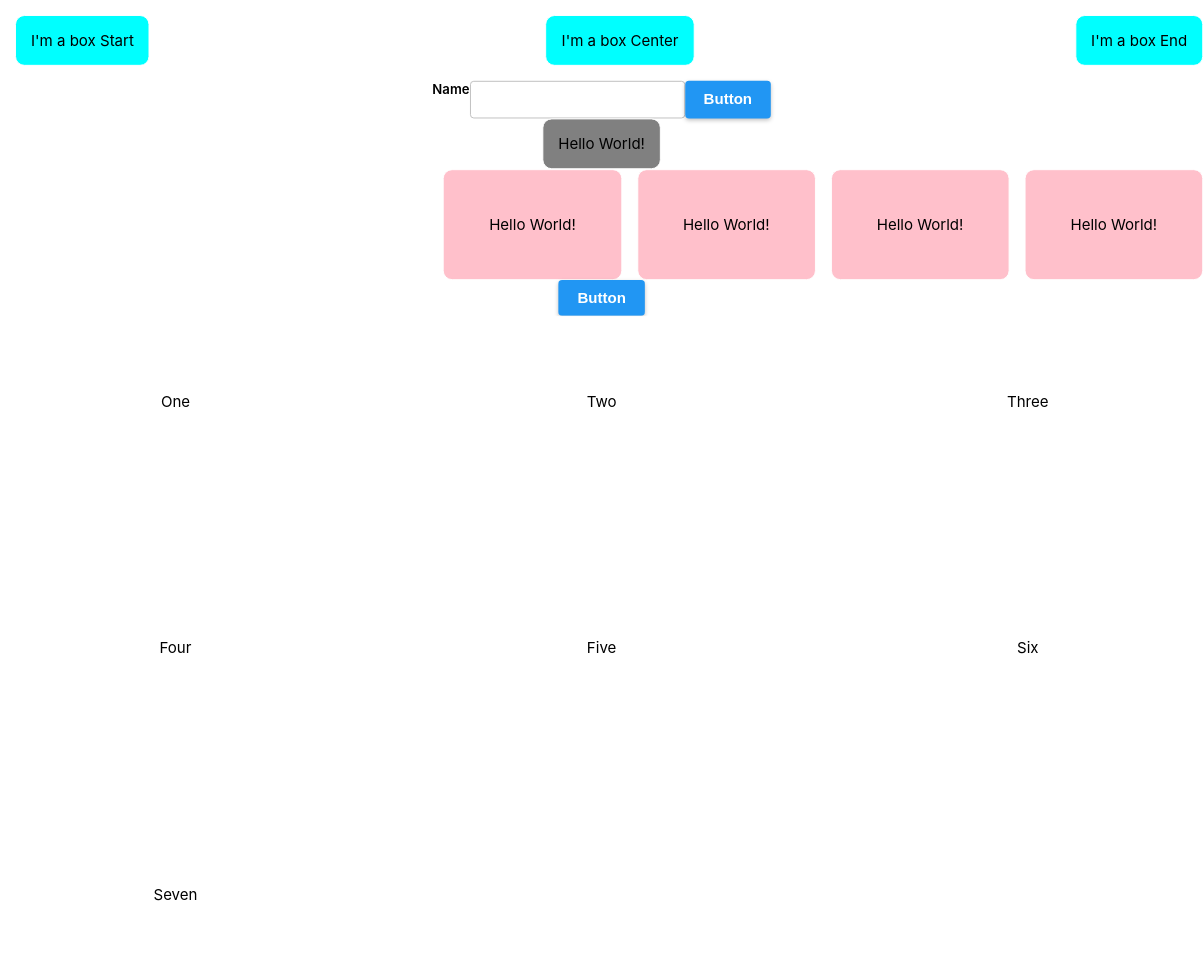
Repository: roistyx/react
Page: /layouts (app in layouts-app/)
These files come from the project's save history. The page is drawn as it stood at one moment and after the next save; the edit follows.
The browser window is 1280 px wide. The pictures show the whole page, at 94% of full size.
The project was rebuilt for these pictures with package versions that can differ from the ones it lists, and the page was loaded fresh each time. Also part of the build but not shown: layouts-app/src/components/Cards/BasicCard.js, layouts-app/src/components/Components.js.

Above is the page before, as saved 2023-05-02 15:44:15.

### layouts-app/src/index.js
import React from 'react';
import ReactDOM from 'react-dom/client';
import { BrowserRouter } from 'react-router-dom';

import './index.css';
import App from './App';
import reportWebVitals from './reportWebVitals';

const root = ReactDOM.createRoot(document.getElementById('root'));
root.render(
	<BrowserRouter>
		<App />
	</BrowserRouter>
);

// If you want to start measuring performance in your app, pass a function
// to log results (for example: reportWebVitals(console.log))
// or send to an analytics endpoint. Learn more: https://bit.ly/CRA-vitals
reportWebVitals();

### layouts-app/src/App.js
import React, { Component } from 'react';
import { Route, Routes } from 'react-router-dom';

import { Between, SpaceEvenly, Center, FlexEnd } from './layouts/Line';
import { Btn } from './elements/Btn';
import { Rows } from './layouts/Line';
import SearchField from './elements/TextField';
import { AlignCenter } from './layouts/Line';
import { Box } from './layouts/Box';
import { Grid } from './layouts/Grid';
import Components from './components/Components';
import Layouts from './layouts/Layouts';

export default function App() {
	return (
		<div>
			<Routes>
				<Route path="layouts" element={<Layouts />} />
				<Route path="/components" element={<Components />} />
			</Routes>
		</div>
	);
}

### layouts-app/src/layouts/Line.js
import './Line.css';

export const Line = ({ children, addClass }) => {
	return <div className={`Line ${addClass || ''}`}>{children}</div>;
};

export const FlexEnd = (props) => {
	return <Line {...props} addClass="flex-end" />;
};

export const Between = (props) => {
	return <Line {...props} addClass="between" />;
};

export const Center = (props) => {
	return <Line {...props} addClass="center" />;
};

export const SpaceEvenly = (props) => {
	return <Line {...props} addClass="evenly" />;
};

export const Rows = (props) => {
	return <Line {...props} addClass="rows" />;
};

export const AlignStart = ({ children }) => {
	return <div className="AlignStart">{children}</div>;
};

export const AlignCenter = ({ children }) => {
	return <div className="AlignCenter">{children}</div>;
};

### layouts-app/src/elements/Btn.js
import { Button } from '@mui/material';
import './Btn.css';
export const Btn = ({ children }) => {
	return (
		<button className="Btn">
			<span>{children}</span>{' '}
		</button>
		// <Button variant="contained" color="primary">
		// 	{' '}
		// 	<span>{children}</span>{' '}
		// </Button>
	);
};

### layouts-app/src/elements/TextField.js
import '../elements/TextField.css';
import React from 'react';
import { Btn } from '../elements/Btn.js';
import { TextField } from '@mui/material';

const SearchField = () => {
	return (
		<div>
			<form class="text-field">
				<label for="name">Name</label>
				<input type="text" id="name" name="name" />
				<Btn>Button</Btn>
			</form>
		</div>
	);
};

export default SearchField;

### layouts-app/src/layouts/Box.js
import './Box.css';

export const Box = ({ boxMargin, bgColor, borderRadius, gap, children }) => {
	const style = {
		...(boxMargin ? { '--boxMargin': boxMargin } : {}),
		...(bgColor ? { '--background': bgColor } : {}),
		...(borderRadius ? { '--border-radius': borderRadius } : {}),
		...(gap ? { '--gap': gap } : {}),
	};

	return (
		<div className="Box" style={style}>
			{children}
		</div>
	);
};

### layouts-app/src/layouts/Grid.js
import './Grid.css';

export const Grid = ({ bgColor, gap, children }) => {
	console.log(bgColor, gap, 'bgColor, gap');
	const style = {
		...(bgColor ? { '--background-color': bgColor } : {}),
		...(gap ? { '--gap': gap } : {}),
	};
	return (
		<div className="Grid" style={style}>
			{children}
		</div>
	);
};

### layouts-app/src/layouts/Layouts.js
import React from 'react';
import {
	Between,
	SpaceEvenly,
	Center,
	FlexEnd,
	Rows,
	AlignCenter,
} from './Line';
import { Btn } from '../elements/Btn';
import SearchField from '../elements/TextField';
import { Box } from './Box';
import { Grid } from './Grid';

export default function Layouts() {
	return (
		<div>
			<Between>
				<Box bgColor="	#00FFFF" borderRadius="10px" gap="1rem" boxMargin="1rem">
					<span>I'm a box Start</span>
				</Box>
				<Box bgColor="	#00FFFF" borderRadius="10px" gap="1rem">
					<span>I'm a box Center</span>
				</Box>
				<Box bgColor="	#00FFFF" borderRadius="10px" gap="1rem">
					<span>I'm a box End</span>
				</Box>
			</Between>
			<Rows>
				<AlignCenter>
					<SearchField />
				</AlignCenter>
			</Rows>
			<Center>
				<Box bgColor="grey" borderRadius="10px" gap="1rem">
					<span>Hello World!</span>
				</Box>
			</Center>
			<FlexEnd>
				<Box bgColor="pink" borderRadius="10px" gap="3rem">
					<span>Hello World!</span>
				</Box>
				<Box bgColor="pink" borderRadius="10px" gap="3rem">
					<span>Hello World!</span>
				</Box>
				<Box bgColor="pink" borderRadius="10px" gap="3rem">
					<span>Hello World!</span>
				</Box>
				<Box bgColor="pink" borderRadius="10px" gap="3rem">
					<span>Hello World!</span>
				</Box>
			</FlexEnd>
			<Center>
				<Btn>Button</Btn>
			</Center>
			<Grid bgColor="green" gap="5rem">
				<Box>One</Box>
				<Box>Two</Box>
				<Box>Three</Box>
				<Box>Four</Box>
				<Box>Five</Box>
				<Box>Six</Box>
				<Box>Seven</Box>
			</Grid>
		</div>
	);
}

### layouts-app/src/layouts/Line.css
.Line {
	display: flex;
	gap: var(--gap);
	height: 100%;
	align-items: center;
}

.Line.flex-end {
	justify-content: flex-end;
}

.Line.between {
	justify-content: space-between;
}

.Line.center {
	justify-content: center;
}

.Line.evenly {
	justify-content: space-evenly;
}

.Line.around {
	justify-content: space-around;
}

.Line.rows {
	flex-direction: column;
	align-items: stretch;
}

.AlignStart {
	align-self: flex-start;
}

.AlignCenter {
	align-self: center;
}

### layouts-app/src/elements/Btn.css
.Btn {
	display: inline-block;
	padding: 10px 20px;
	font-size: 16px;
	font-weight: 600;
	text-align: center;
	text-decoration: none;
	background-color: #2196f3;
	color: #fff;
	border-radius: 4px;
	border: none;
	cursor: pointer;
	box-shadow: 0px 2px 5px rgba(0, 0, 0, 0.25);
	transition: background-color 0.3s ease;
}
.Btn:hover {
	background-color: #0d6ec3;
}

### layouts-app/src/elements/TextField.css
.text-field {
	display: flex;
	flex-direction: row;
}

.text-field label {
	font-size: 14px;
	font-weight: 600;
	margin-bottom: 5px;
}

.text-field input {
	padding: 10px;
	font-size: 16px;
	border-radius: 4px;
	border: 1px solid #bdbdbd;
	transition: border-color 0.3s ease;
}
.text-field input:focus {
	outline: none;
	border-color: #2196f3;
}

### layouts-app/src/layouts/Box.css
:root {
	--background: #fff;
	--border: #fff;
	--gap: 1rem;
	--margin: 0 0 0 0;
	--border-radius: 0.25rem;
}

.Box {
	background-color: var(--background);
	border: 1px solid var(--border);
	padding: var(--gap);
	margin: var(--boxMargin);
	border-radius: var(--border-radius);
}

### layouts-app/src/layouts/Grid.css
.Grid {
	/* row-gap: var(--gap, 400px); */
	display: grid;
	height: 100%;
	grid-template-rows: 1fr 1fr 1fr;
	grid-template-columns: repeat(3, 1fr);
	/* grid-template-rows: 100px 100px 100px; */
	gap: var(--gap);
}

.Grid > * {
	color: black;
	background-color: pink;

	font-size: 16px;
	display: flex;
	align-items: center;
	justify-content: center;
}

/* .Grid > :nth-child(1) {
	background-color: var(--bgColor);
	color: black;
} */

/* .Grid > :nth-child(2) {
}

.Grid > :nth-child(3) {
	background-color: #e1e1e1;
} */

### layouts-app/src/components/Components.css
:root {
	--background: #fff;
	--border: #fff;
	--gap: 1rem;
	--margin: 0 0 0 0;
	--border-radius: 0.25rem;
}

.Box {
	background-color: var(--background);
	border: 1px solid var(--border);
	padding: var(--gap);
	margin: var(--boxMargin);
	border-radius: var(--border-radius);
}

### layouts-app/src/components/Cards/BasicCard.css
:root {
	--background: #fff;
	--border: #fff;
	--gap: 1rem;
	--margin: 0 0 0 0;
	--border-radius: 0.25rem;
}

.Box {
	background-color: var(--background);
	border: 1px solid var(--border);
	padding: var(--gap);
	margin: var(--boxMargin);
	border-radius: var(--border-radius);
}

Loaded but not shown: layouts-app/public/index.html (common file); layouts-app/src/index.css (common file); layouts-app/src/reportWebVitals.js (common file)

After the next save:
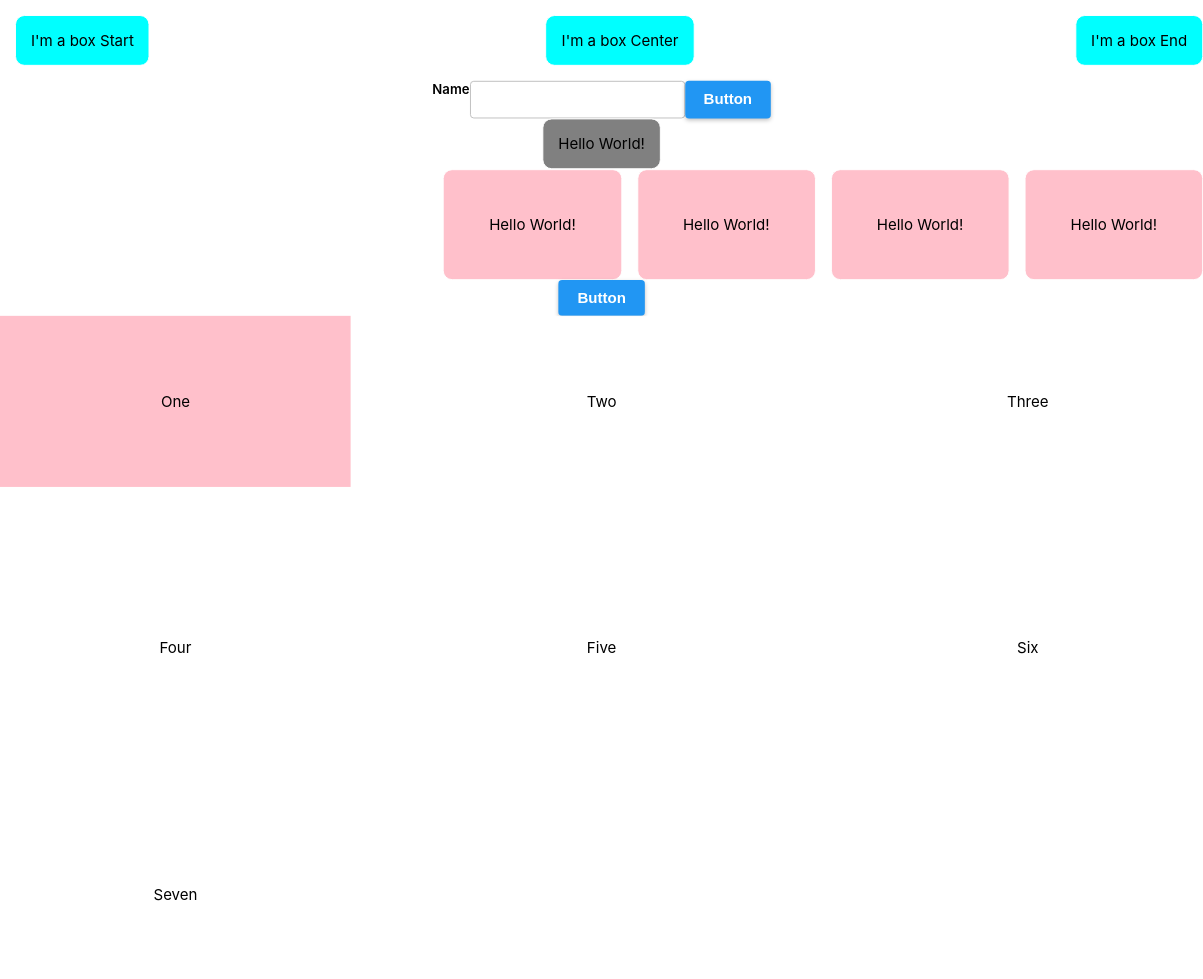
Saved 85 s later.
--- a/layouts-app/src/layouts/Layouts.js
+++ b/layouts-app/src/layouts/Layouts.js
@@ -54,7 +54,7 @@
 				<Btn>Button</Btn>
 			</Center>
 			<Grid bgColor="green" gap="5rem">
-				<Box>One</Box>
+				<span>One</span>
 				<Box>Two</Box>
 				<Box>Three</Box>
 				<Box>Four</Box>

After the save that followed:
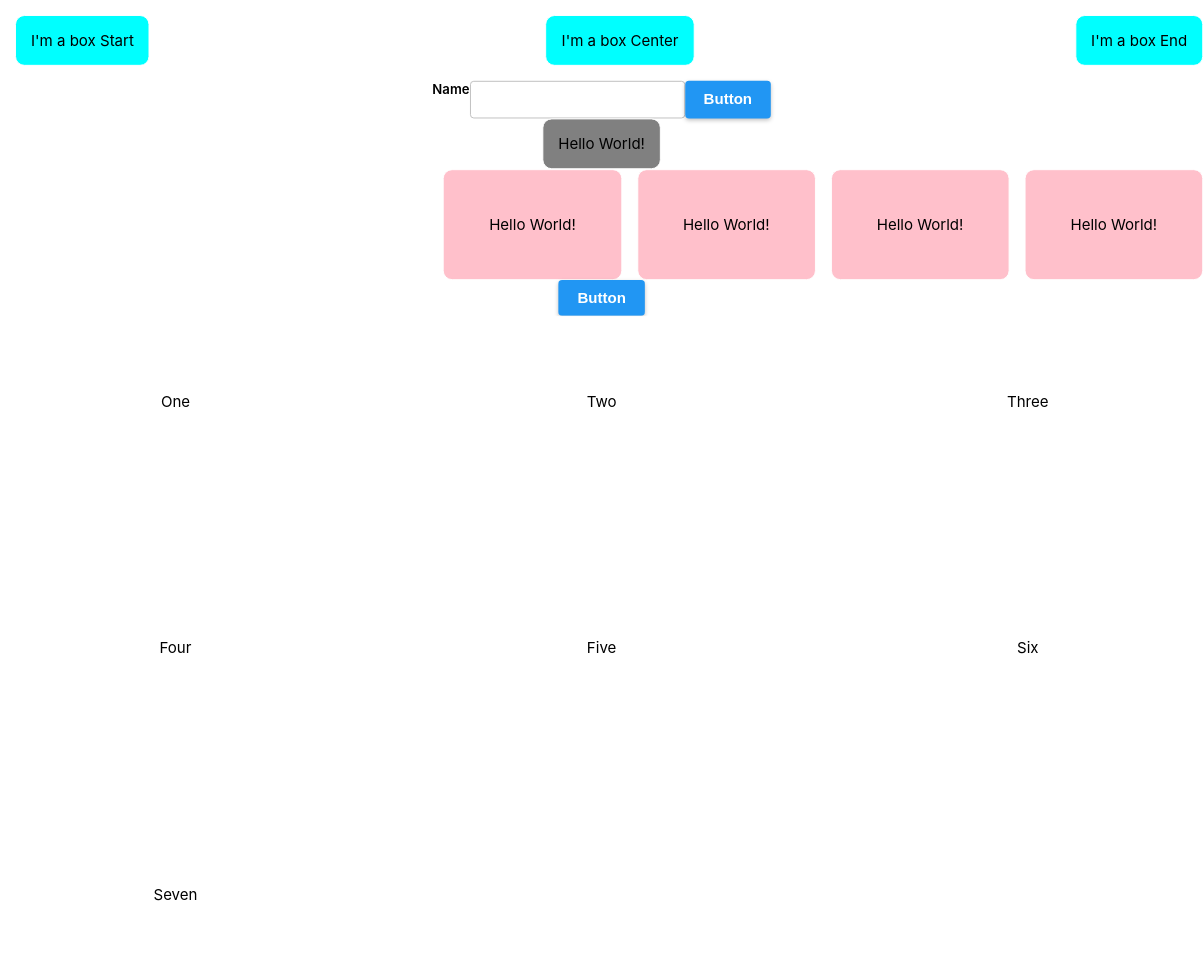
Saved 17 s later.
--- a/layouts-app/src/layouts/Layouts.js
+++ b/layouts-app/src/layouts/Layouts.js
@@ -54,7 +54,7 @@
 				<Btn>Button</Btn>
 			</Center>
 			<Grid bgColor="green" gap="5rem">
-				<span>One</span>
+				<Box>One</Box>
 				<Box>Two</Box>
 				<Box>Three</Box>
 				<Box>Four</Box>
